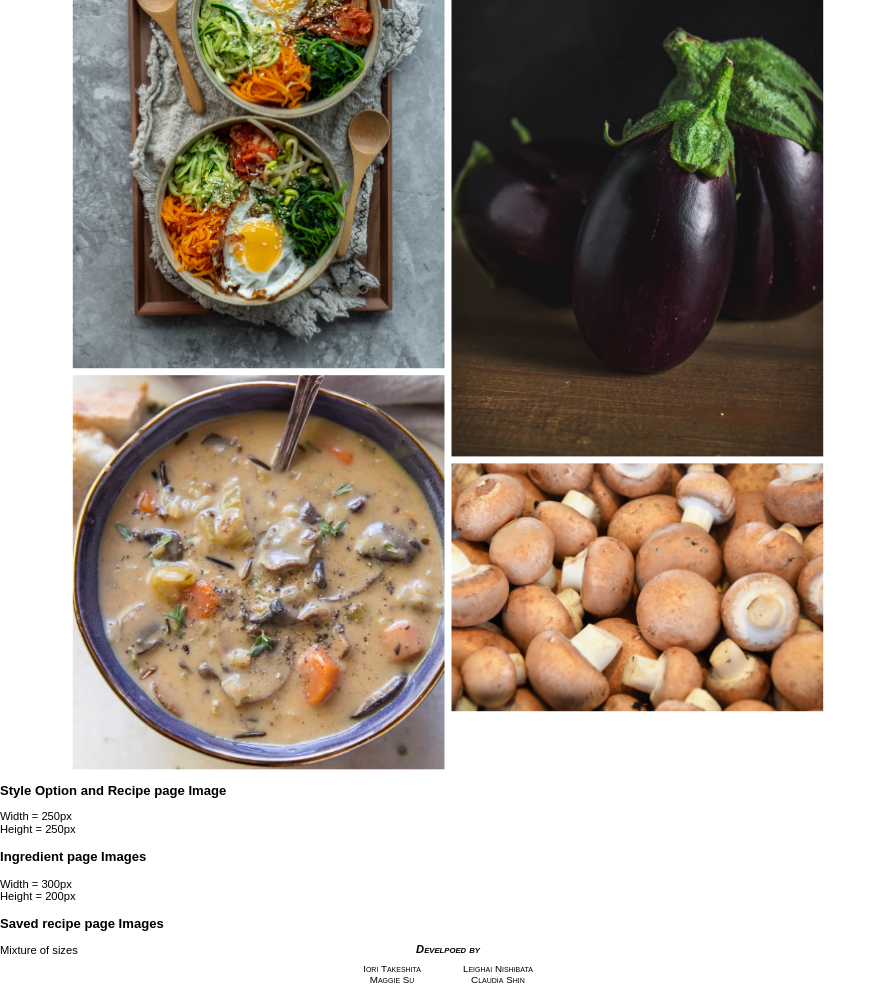
Repository: iorid3/StyleGuide
Page: imagery.html
The author's editor kept a copy of each file at every save. The page is drawn from the files as they stood at one save, then again after a run of saves.
The browser window is 1280 px wide. The pictures show the part of the page from y = 2620 to 4540 px (the page is 4057 px tall before and 4540 px after), at 70% of full size.
Some web fonts or font styles are not loaded; a fallback is used.

Above is the page before, as saved 2021-03-19 01:31:56.

After the next 2 saves:
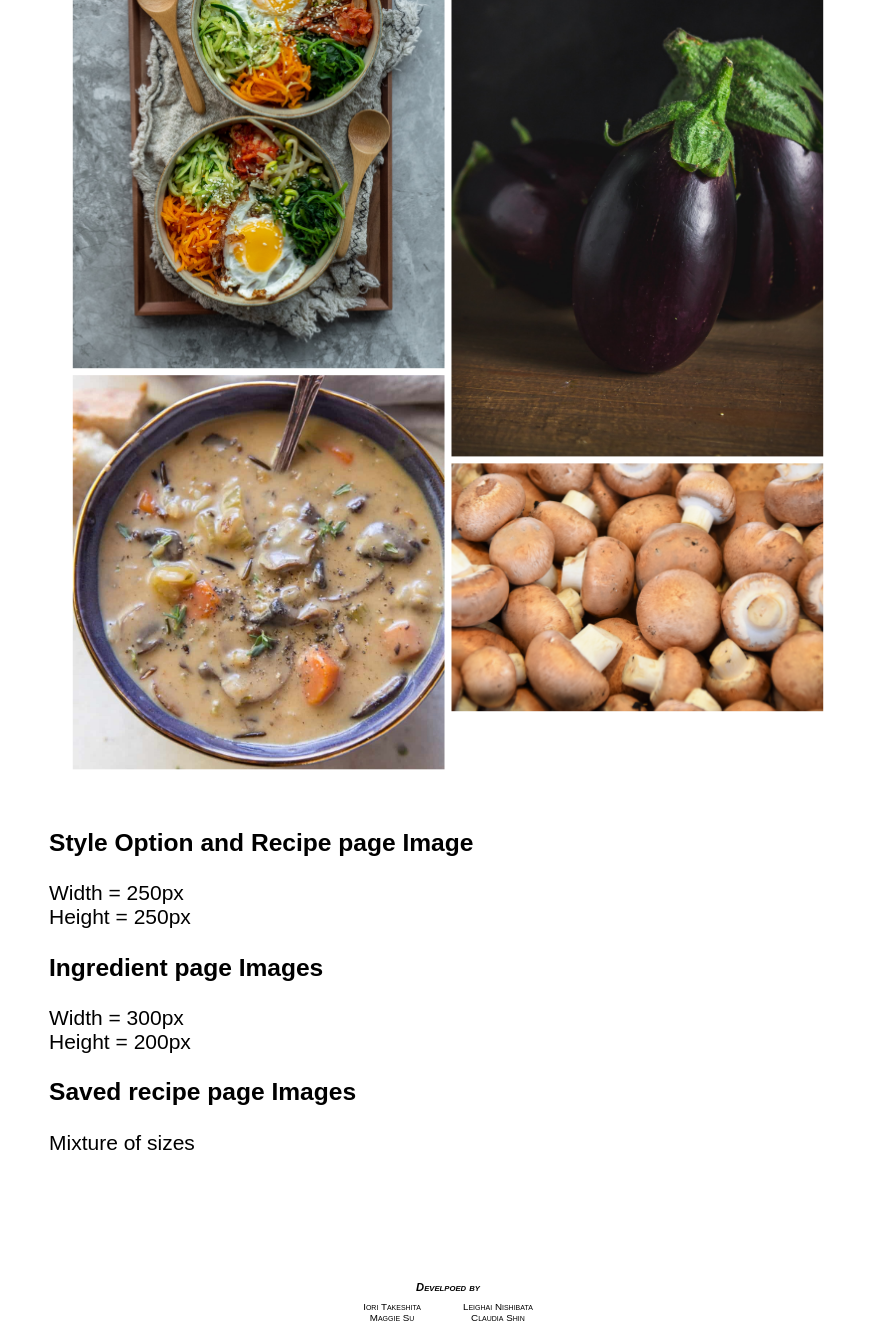
The 2 saves are shown as one change because they came seconds apart.
The last was saved 6 s later.
--- a/imagery.css
+++ b/imagery.css
@@ -109,7 +109,7 @@
     flex-direction: column;
     justify-content: flex-start;
     font-family: 'Athiti', sans-serif;
-    body
+    font-size: 30px;
     margin: 50px 0px 200px 70px;
 }
 .text_container h3 {
